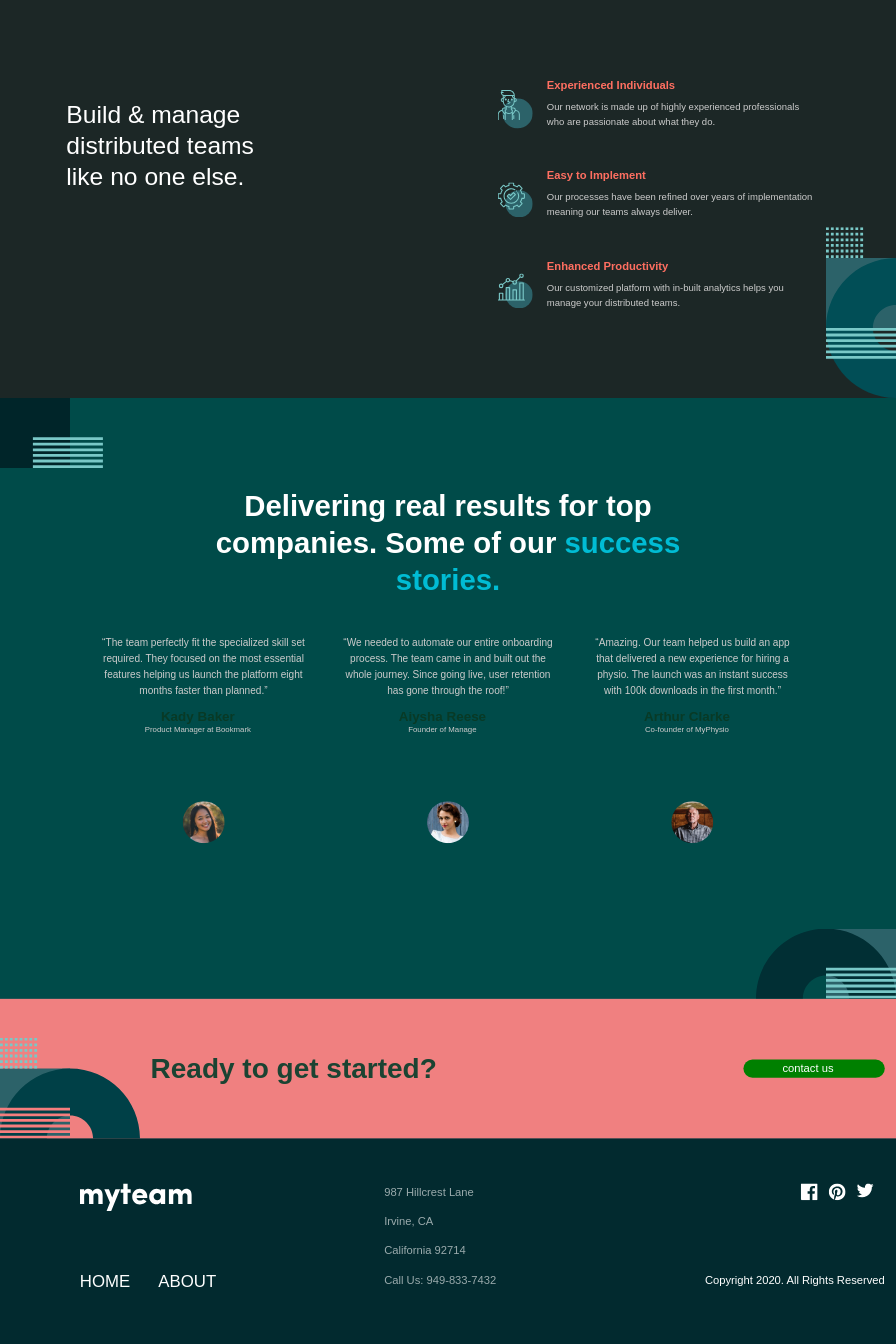
Repository: Gabriel221-dev/Project-page-main
Page: /
These files come from the project's save history. The page is drawn as it stood at one moment and after the next save; the edit follows.
The browser window is 1280 px wide. The pictures show the part of the page from y = 692 to 2612 px (the page is 2612 px tall), at 70% of full size.
The project was rebuilt for these pictures with package versions that can differ from the ones it lists, and the page was loaded fresh each time. Also part of the build but not shown: vite.config.js, src/pages/About.css, src/components/DirectorCard.css, src/components/DirectorCard.jsx, src/pages/About.jsx, src/pages/Contact.css, src/pages/Contact.jsx.

Above is the page before, as saved 2024-07-23 18:21:23.

After the next save:
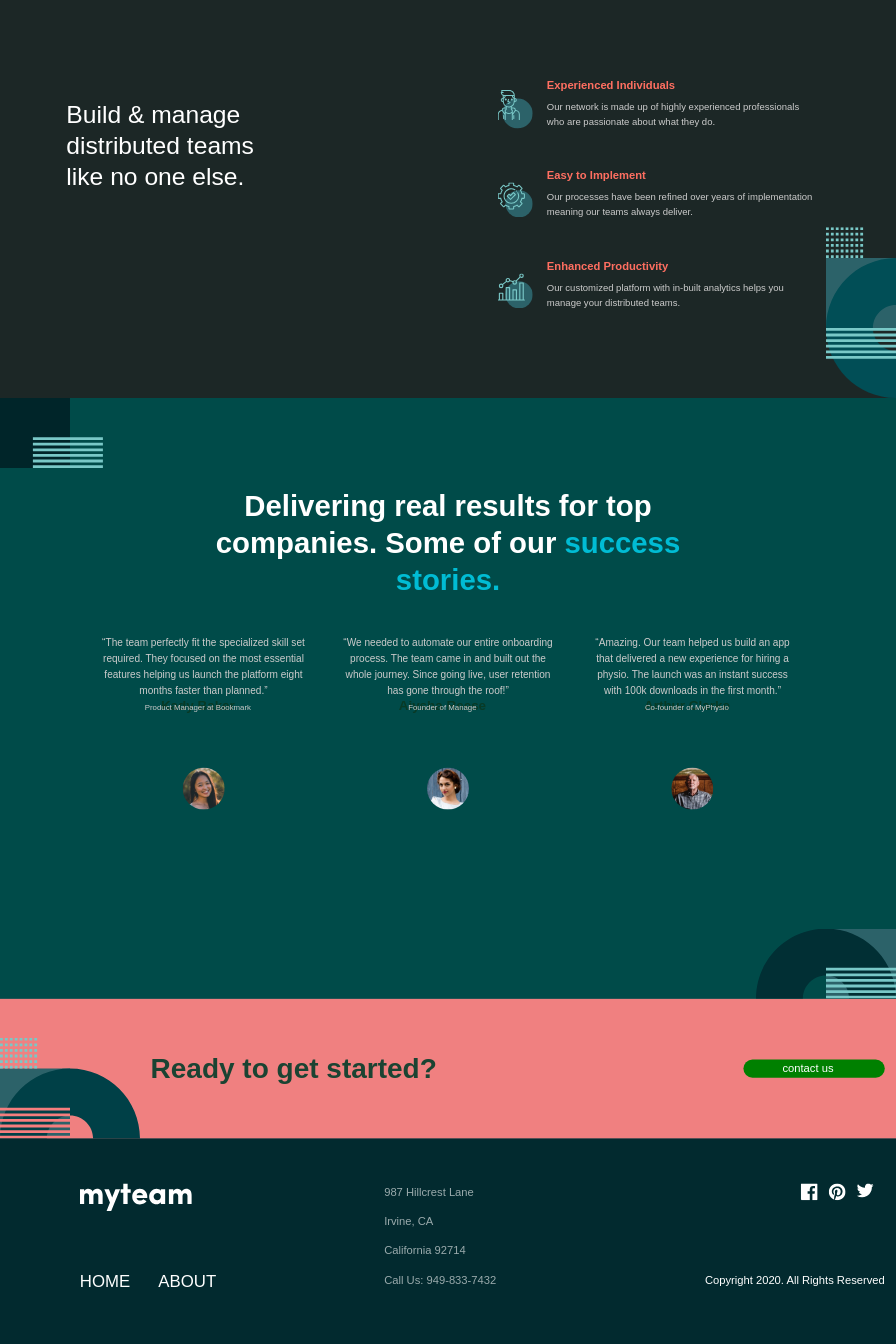
Saved 8 s later.
--- a/src/pages/Home.css
+++ b/src/pages/Home.css
@@ -331,7 +331,7 @@
     height: 60px;
     border-radius: 50%;
     align-self: center;
-    margin: 0rem 0rem 2rem 0rem ;
+    margin: 0rem 0rem 5rem 0rem ;
   }
 
 
